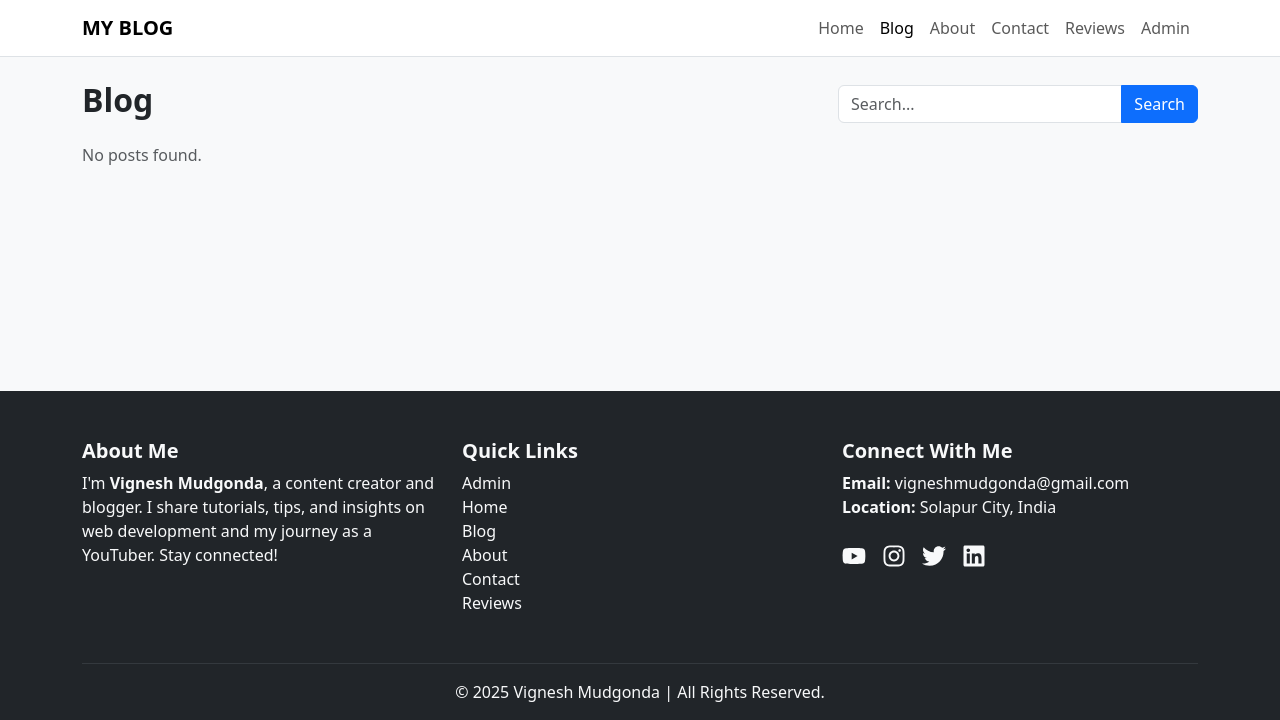
Repository: vigneshmudgonda/Blog2
Page: /blog (app in blog-frontend-full/)
These files come from the project's save history. The page is drawn as it stood at one moment and after the next save; the edit follows.
The browser window is 1280 px wide. The pictures show the whole page.
The page's requests for data from a server got no answer. The project was rebuilt for these pictures with package versions that can differ from the ones it lists, and the page was loaded fresh each time. No one was signed in, and anything a server would have sent is missing. Also part of the build but not shown: blog-frontend-full/src/pages/Home.js, blog-frontend-full/src/pages/BlogDetail.js, blog-frontend-full/src/pages/Reviews.js, blog-frontend-full/src/pages/Contact.js, blog-frontend-full/src/pages/About.js, blog-frontend-full/src/pages/AdminLogin.js.

Above is the page before, as saved 2025-08-19 19:25:22.

### blog-frontend-full/public/index.html
<!DOCTYPE html>
<html lang="en">
  <head>
    <meta charset="utf-8" />
    <meta name="viewport" content="width=device-width, initial-scale=1" />
    <title>My Blog</title>
    <meta name="description" content="Personal blog powered by React + Bootstrap" />
    <link rel="icon" href="%PUBLIC_URL%/favicon.ico" />
  </head>
  <body>
    <noscript>You need to enable JavaScript to run this app.</noscript>
    <div id="root"></div>
  </body>
</html>

### blog-frontend-full/src/index.js
import React from 'react';
import { createRoot } from 'react-dom/client';
import { BrowserRouter } from 'react-router-dom';
import App from './App';
import 'bootstrap/dist/css/bootstrap.min.css';
import 'bootstrap/dist/js/bootstrap.bundle.min.js';
import './index.css';

const root = createRoot(document.getElementById('root'));
root.render(
  <BrowserRouter>
    <App/>
  </BrowserRouter>
);

### blog-frontend-full/src/App.js
import React from 'react';
import { Routes, Route } from 'react-router-dom';
import Navbar from './components/Navbar';
import Footer from './components/Footer';
import Home from './pages/Home';
import BlogList from './pages/BlogList';
import BlogDetail from './pages/BlogDetail';
import Reviews from './pages/Reviews';
import Contact from './pages/Contact';
import About from './pages/About';
import AdminLogin from './pages/AdminLogin';

export default function App(){
  return (
    <div className="d-flex flex-column min-vh-100">
      <Navbar/>
      <main className="flex-grow-1">
        <Routes>
          <Route path="/" element={<Home/>} />
          <Route path="/blog" element={<BlogList/>} />
          <Route path="/blog/:id" element={<BlogDetail/>} />
          <Route path="/reviews" element={<Reviews/>} />
          <Route path="/contact" element={<Contact/>} />
          <Route path="/about" element={<About/>} />
          <Route path="/login" element={<AdminLogin/>} />
        </Routes>
      </main>
      <Footer/>
    </div>
  );
}

### blog-frontend-full/src/index.css
:root{--radius:1.25rem}
body{background:#f8f9fa}
.shadow-soft{box-shadow:0 .5rem 1rem rgba(0,0,0,.08)}
.rounded-2xl{border-radius:var(--radius)}
.hero{background:linear-gradient(180deg,#ffffff 0%,#f4f6f8 100%)}
.post-card img{object-fit:cover;height:180px}
a{text-decoration:none}

### blog-frontend-full/src/components/Navbar.js
import React from 'react';
import { Link, NavLink } from 'react-router-dom';

export default function Navbar(){
  return (
    <nav className="navbar navbar-expand-lg bg-white border-bottom sticky-top">
      <div className="container">
        <Link className="navbar-brand fw-bold" to="/">MY BLOG</Link>
        <button className="navbar-toggler" type="button" data-bs-toggle="collapse" data-bs-target="#nav">
          <span className="navbar-toggler-icon"></span>
        </button>
        <div id="nav" className="collapse navbar-collapse">
          <ul className="navbar-nav ms-auto">
            <li className="nav-item"><NavLink end className="nav-link" to="/">Home</NavLink></li>
            <li className="nav-item"><NavLink className="nav-link" to="/blog">Blog</NavLink></li>
            <li className="nav-item"><NavLink className="nav-link" to="/about">About</NavLink></li>
            <li className="nav-item"><NavLink className="nav-link" to="/contact">Contact</NavLink></li>
            <li className="nav-item"><NavLink className="nav-link" to="/reviews">Reviews</NavLink></li>
            <li className="nav-item"><NavLink className="nav-link" to="/login">Admin</NavLink></li>
          </ul>
        </div>
      </div>
    </nav>
  );
}

### blog-frontend-full/src/components/Footer.js
import React from "react";
import { Link } from "react-router-dom";
import {
  FaYoutube,
  FaInstagram,
  FaTwitter,
  FaLinkedin,
} from "react-icons/fa";

export default function Footer() {
  return (
    <footer className="bg-dark text-light pt-5 pb-3 mt-5">
      <div className="container">
        <div className="row">
          {/* About Me */}
          <div className="col-md-4 mb-3">
            <h5 className="fw-bold">About Me</h5>
            <p>
              I'm <strong>Vignesh Mudgonda</strong>, a content creator and
              blogger. I share tutorials, tips, and insights on web development
              and my journey as a YouTuber. Stay connected!
            </p>
          </div>

          {/* Quick Links */}
          <div className="col-md-4 mb-3">
            <h5 className="fw-bold">Quick Links</h5>
            <ul className="list-unstyled">
              <li><Link to="/admin" className="text-light text-decoration-none">Admin</Link></li>
              <li><Link to="/" className="text-light text-decoration-none">Home</Link></li>
              <li><Link to="/blog" className="text-light text-decoration-none">Blog</Link></li>
              <li><Link to="/about" className="text-light text-decoration-none">About</Link></li>
              <li><Link to="/contact" className="text-light text-decoration-none">Contact</Link></li>
              <li><Link to="/reviews" className="text-light text-decoration-none">Reviews</Link></li>
            </ul>
          </div>

          {/* Connect With Me */}
          <div className="col-md-4 mb-3">
            <h5 className="fw-bold">Connect With Me</h5>
            <p>
              <strong>Email:</strong>{" "}
              <a
                href="mailto:vigneshmudgonda@gmail.com"
                className="text-light text-decoration-none"
              >
                vigneshmudgonda@gmail.com
              </a>
              <br />
              <strong>Location:</strong> Solapur City, India
            </p>
            <div className="d-flex gap-3 fs-4">
              <a href="https://youtube.com" className="text-light"><FaYoutube /></a>
              <a href="https://instagram.com" className="text-light"><FaInstagram /></a>
              <a href="https://twitter.com" className="text-light"><FaTwitter /></a>
              <a href="https://linkedin.com" className="text-light"><FaLinkedin /></a>
            </div>
          </div>
        </div>

        <hr className="border-secondary" />
        <p className="text-center mb-0">
          © 2025 Vignesh Mudgonda | All Rights Reserved.
        </p>
      </div>
    </footer>
  );
}

### blog-frontend-full/src/pages/BlogList.js
import React, { useEffect, useState, useCallback } from 'react';
import { Link } from 'react-router-dom';
import api from '../services/api';

export default function BlogList(){
  const [blogs, setBlogs] = useState([]);
  const [q, setQ] = useState('');
  const [loading, setLoading] = useState(true);

  const fetchBlogs = useCallback(async ()=>{
    setLoading(true);
    try{
      const res = await api.get('/api/blogs', { params: { q } });
      setBlogs(res.data.blogs || []);
    }catch(e){ console.error(e); }
    setLoading(false);
  },[q]);

  useEffect(()=>{ fetchBlogs(); },[fetchBlogs]);

  return (
    <div className="container py-4">
      <div className="d-flex align-items-center mb-3">
        <h2 className="me-auto fw-bold">Blog</h2>
        <div className="input-group" style={{maxWidth: 360}}>
          <input className="form-control" placeholder="Search..." value={q} onChange={e=>setQ(e.target.value)} />
          <button className="btn btn-primary" onClick={fetchBlogs}>Search</button>
        </div>
      </div>

      {loading ? <p>Loading...</p> : (
        <div className="row g-4">
          {blogs.map(b => (
            <div className="col-md-4" key={b._id}>
              <div className="card h-100 rounded-2xl shadow-soft post-card">
                {b.image && <img src={b.image} className="card-img-top" alt={b.title}/>}
                <div className="card-body d-flex flex-column">
                  <h5 className="card-title">{b.title}</h5>
                  <p className="text-muted small">{new Date(b.createdAt || Date.now()).toDateString()}</p>
                  <p className="card-text flex-grow-1">{(b.content || '').slice(0,120)}...</p>
                  <Link to={`/blog/${b._id}`} className="btn btn-outline-primary mt-auto">Read</Link>
                </div>
              </div>
            </div>
          ))}
          {!blogs.length && <p className="text-muted">No posts found.</p>}
        </div>
      )}
    </div>
  );
}

### blog-frontend-full/src/services/api.js
import axios from 'axios';
const API_URL = process.env.REACT_APP_API_URL || 'http://localhost:5000';
const api = axios.create({ baseURL: API_URL });
export default api;

After the next save:
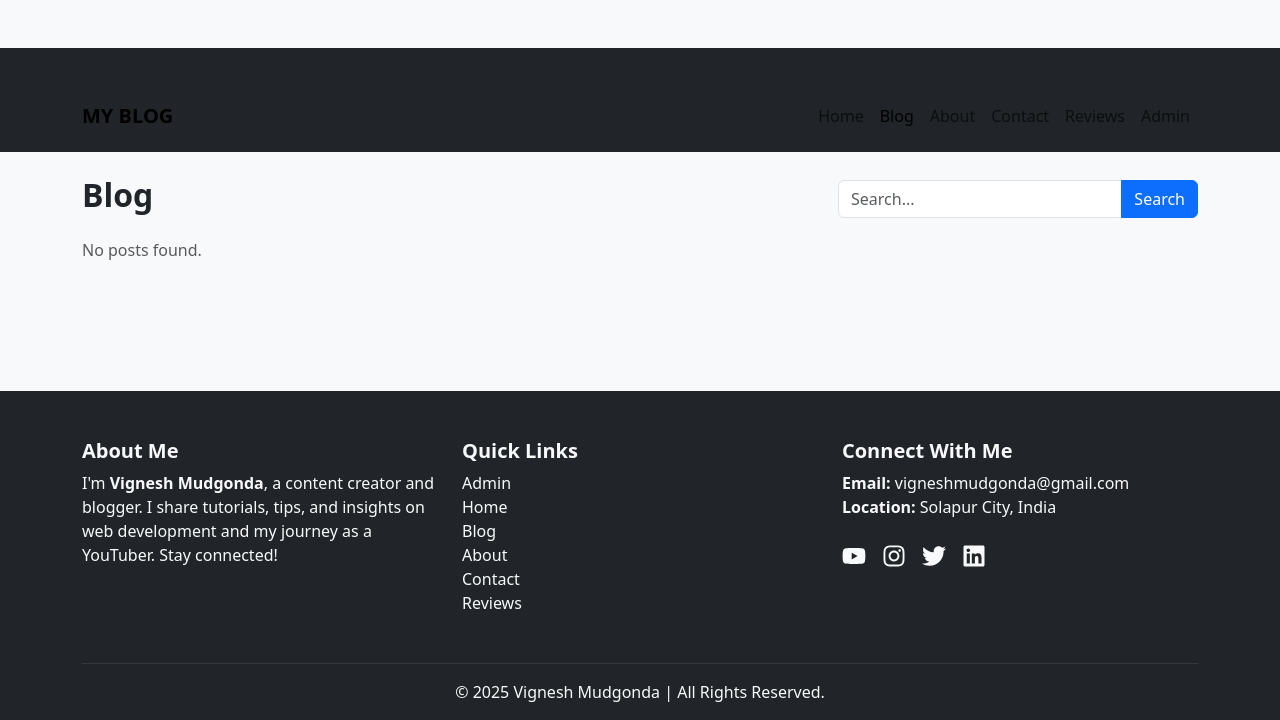
Saved 4 min 26 s later.
--- a/blog-frontend-full/src/components/Navbar.js
+++ b/blog-frontend-full/src/components/Navbar.js
@@ -3,7 +3,7 @@
 
 export default function Navbar(){
   return (
-    <nav className="navbar navbar-expand-lg bg-white border-bottom sticky-top">
+    <nav className="navbar navbar-expand-lg bg-dark text-light pt-5 pb-3 mt-5">
       <div className="container">
         <Link className="navbar-brand fw-bold" to="/">MY BLOG</Link>
         <button className="navbar-toggler" type="button" data-bs-toggle="collapse" data-bs-target="#nav">

After the save that followed:
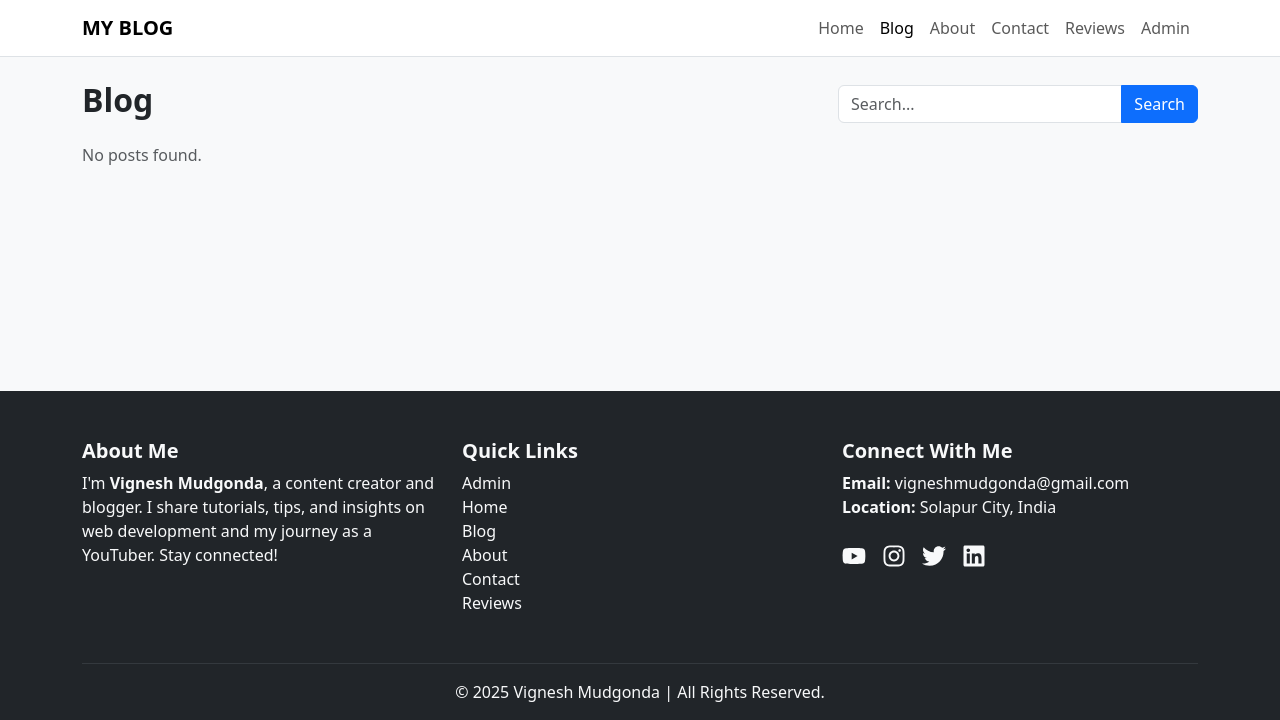
Saved 26 s later.
--- a/blog-frontend-full/src/components/Navbar.js
+++ b/blog-frontend-full/src/components/Navbar.js
@@ -3,7 +3,7 @@
 
 export default function Navbar(){
   return (
-    <nav className="navbar navbar-expand-lg bg-dark text-light pt-5 pb-3 mt-5">
+    <nav className="navbar navbar-expand-lg bg-white border-bottom sticky-top">
       <div className="container">
         <Link className="navbar-brand fw-bold" to="/">MY BLOG</Link>
         <button className="navbar-toggler" type="button" data-bs-toggle="collapse" data-bs-target="#nav">
